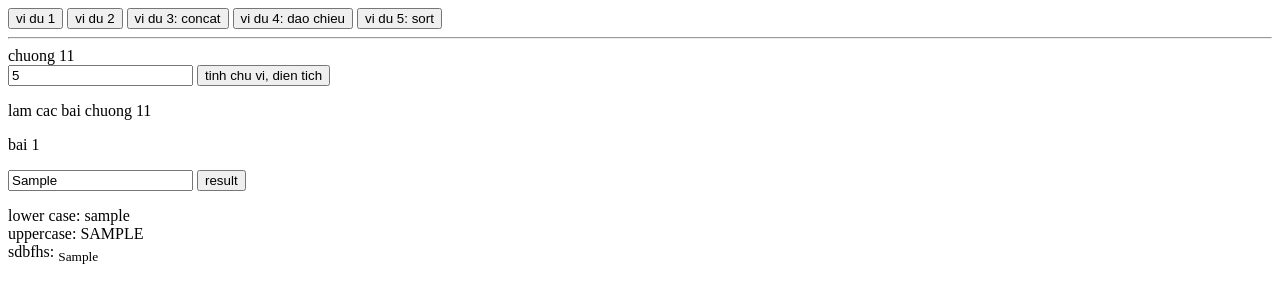
Repository: thanhp6868/ltWeb
Page: 1810/vidu/index.html
The author's editor kept a copy of each file at every save. The page is drawn from the files as they stood at one save, then again after the next save.
The browser window is 1280 px wide. The pictures show the whole page.
Empty fields were first filled with sample values (such as "Sample", 5 or name@example.com).
After loading, the first visible `button[onclick="bai1()"]` was clicked once.

Above is the page before, as saved 2023-10-18 15:44:21.

After the next save:
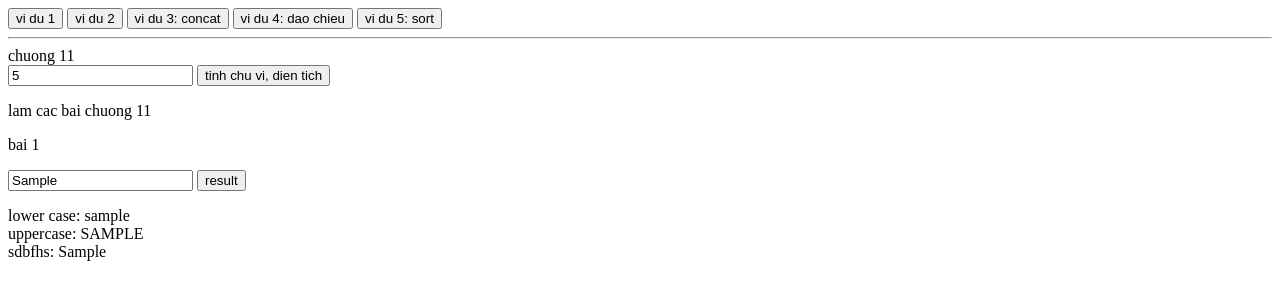
Saved 44 s later.
--- a/1810/vidu/vidu.js
+++ b/1810/vidu/vidu.js
@@ -57,5 +57,5 @@ function hinhTron(){
 function bai1(){
     var x = document.getElementById("bai1_text").value;
 
-    document.getElementById("result_1").innerHTML= "lower case: "+ x.toLowerCase() + "<br>" + "uppercase: " + x.toUpperCase() + "<br>" + "sdbfhs: "+ x.sub();
+    document.getElementById("result_1").innerHTML= "lower case: "+ x.toLowerCase() + "<br>" + "uppercase: " + x.toUpperCase() + "<br>" + "sdbfhs: "+ x.substring();
 }
